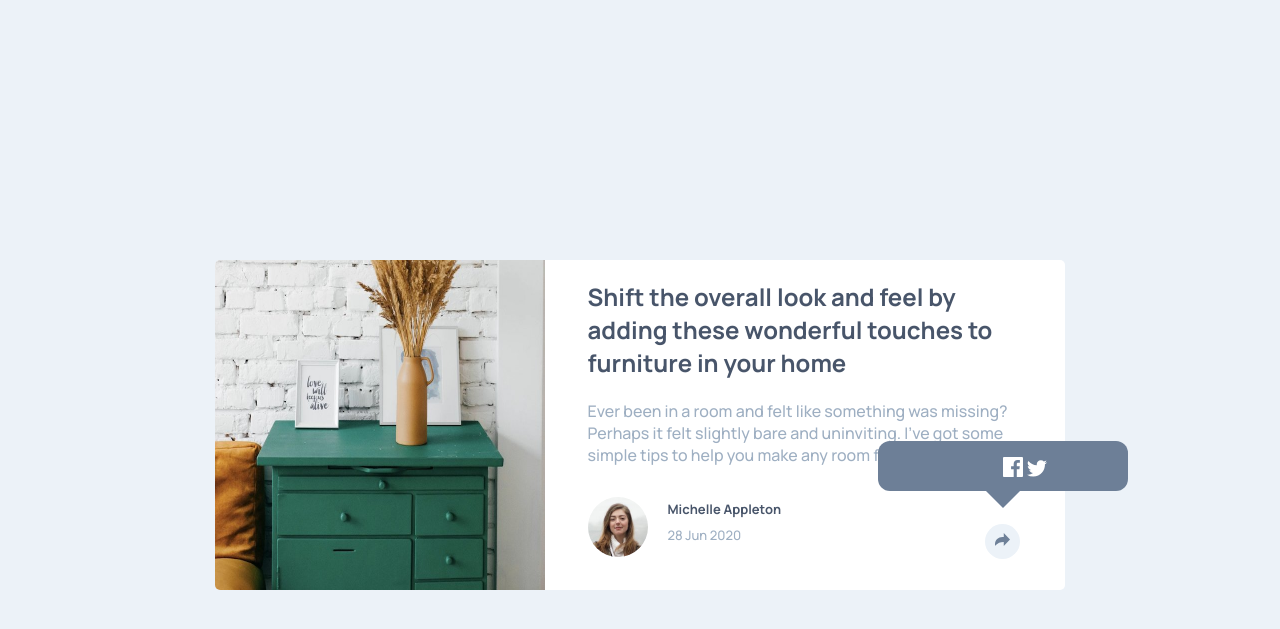
Repository: ricky603/training-css
Page: article-preview-component-master/index.html
The author's editor kept a copy of each file at every save. The page is drawn from the files as they stood at one save, then again after the next save.
The browser window is 1280 px wide. The pictures show the whole page.

Above is the page before, as saved 2020-09-09 10:14:17.

### article-preview-component-master/index.html
<!DOCTYPE html>
<html lang="en">

<head>
    <meta charset="UTF-8">
    <meta name="viewport" content="width=device-width, initial-scale=1.0">
    <!-- displays site properly based on user's device -->

    <link rel="icon" type="image/png" sizes="32x32" href="./images/favicon-32x32.png">
    <link rel="stylesheet" href="./styles.css">
    <link href="https://fonts.googleapis.com/css2?family=Manrope:wght@500;700&display=swap" rel="stylesheet">

    <title>Frontend Mentor | Article preview component</title>

    <!-- Feel free to remove these styles or customise in your own stylesheet 👍 -->
</head>

<body>
    <div class="article">
        <div id="image">
            <img src="./images/drawers.jpg" class="drawer">
        </div>

        <div class="post">
            <div class="head">
                <h2>Shift the overall look and feel by adding these wonderful touches to furniture in your home</h2>
            </div>
            <div class="body">
                <p>Ever been in a room and felt like something was missing? Perhaps it felt slightly bare and uninviting. I’ve got some simple tips to help you make any room feel complete.</p>
            </div>
            <div class="avatar">
                <img src="./images/avatar-michelle.jpg" class="profile">
                <div class="profile-name">
                    <p class="name">Michelle Appleton</p>
                    <p class="date">28 Jun 2020</p>
                </div>
            </div>
            <div class="share">
                <img src="./images/icon-share.svg" class="icon">
            </div>
        </div>
        <div class="speech-bubble">
            <div class="share-point">
                <img src="./images/icon-facebook.svg" alt="">
                <img src="./images/icon-twitter.svg" alt="">
            </div>

        </div>
    </div>


</body>

</html>

<!--

  Ever been in a room and felt like something was missing? Perhaps
  it felt slightly bare and uninviting. I’ve got some simple tips
  to help you make any room feel complete.

  Michelle Appleton
  28 Jun 2020

  Share -->

### article-preview-component-master/styles.css
body {
    background-color: hsl(210, 46%, 95%);
}

h2 {
    font-family: 'Manrope';
    font-weight: 700;
}

#image {
    display: inline-block;
}

.post {
    position: absolute;
    width: 52%;
    display: inline-block;
    margin: 0% 5% 0% 5%;
}

.body {
    position: relative;
    display: inline-block;
    font-family: 'Manrope';
    color: hsl(212, 23%, 69%);
    bottom: 15px;
}

.head {
    display: inline-block;
    color: hsl(217, 19%, 35%);
}

.article {
    position: fixed;
    width: 850px;
    height: 330px;
    background-color: white;
    margin: auto;
    top: 50%;
    left: 50%;
    margin-top: -100px;
    margin-left: -425px;
    border-radius: 5px;
}

.drawer {
    width: 330px;
    height: 330px;
    border-radius: 5px 0 0 5px;
}

.attribution {
    font-size: 11px;
    text-align: center;
}

.attribution a {
    color: hsl(228, 45%, 44%);
}

.avatar {
    display: inline-block;
    margin-bottom: 100%;
}

.profile {
    height: 30%;
    width: 30%;
    border-radius: 100%;
    float: left;
    margin-right: 10%;
}

.profile-name {
    position: relative;
    width: 200px;
    bottom: 10px;
}

.name {
    font-family: 'Manrope';
    font-weight: 700;
    font-size: 13px;
    color: hsl(217, 19%, 35%);
}

.date {
    position: relative;
    bottom: 5px;
    font-family: 'Manrope';
    font-size: 13px;
    color: hsl(212, 23%, 69%);
}

.share {
    display: inline-block;
    position: absolute;
    left: 90%;
    top: 35%;
    background-color: hsl(210, 46%, 95%);
    width: 35px;
    height: 35px;
    border-radius: 100%;
}

.icon {
    position: absolute;
    margin: 27%;
}

.speech-bubble {
    display: inline-block;
    position: absolute;
    background: hsl(214, 17%, 51%);
    width: 250px;
    height: 50px;
    border-radius: 12px;
    left: 78%;
    bottom: 30%;
}

.speech-bubble:after {
    content: '';
    position: absolute;
    bottom: 0;
    left: 50%;
    width: 0;
    height: 0;
    border: 17px solid transparent;
    border-top-color: hsl(214, 17%, 51%);
    border-bottom: 0;
    margin-left: -17px;
    margin-bottom: -17px;
}

.share-point {
    position: absolute;
    display: inline-block;
    left: 50%;
    bottom: 20%;
}

After the next save:
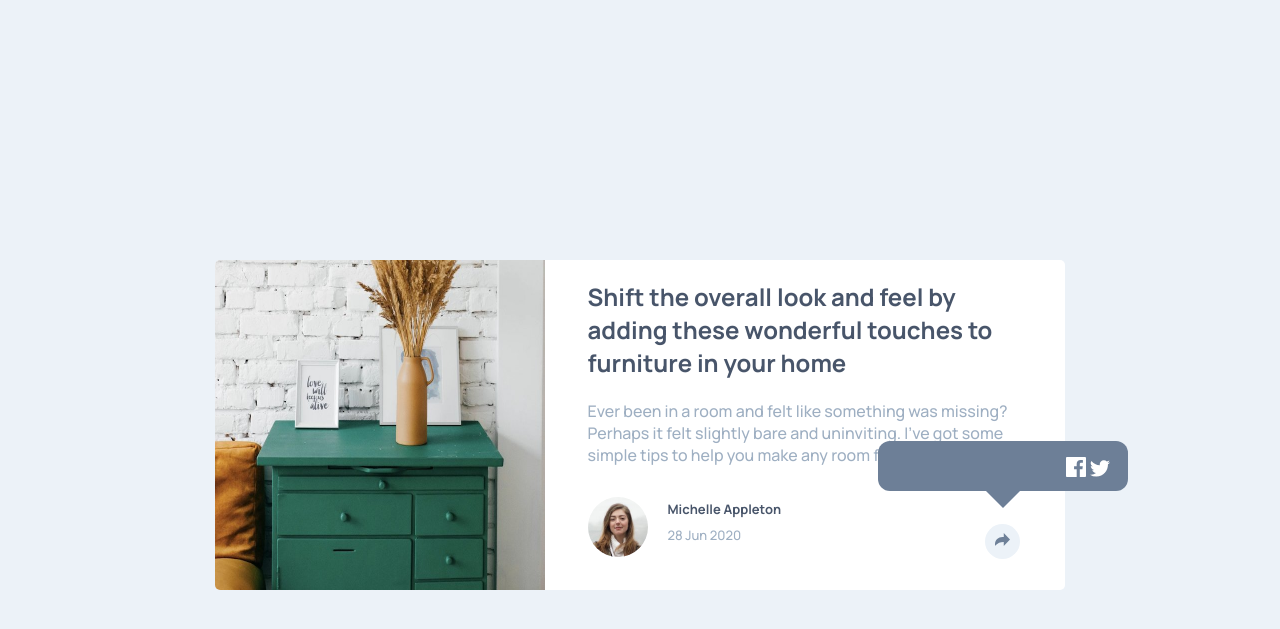
Saved 27 s later.
--- a/article-preview-component-master/styles.css
+++ b/article-preview-component-master/styles.css
@@ -139,4 +139,5 @@
     display: inline-block;
     left: 50%;
     bottom: 20%;
+    margin-left: 25%;
 }

After the save that followed:
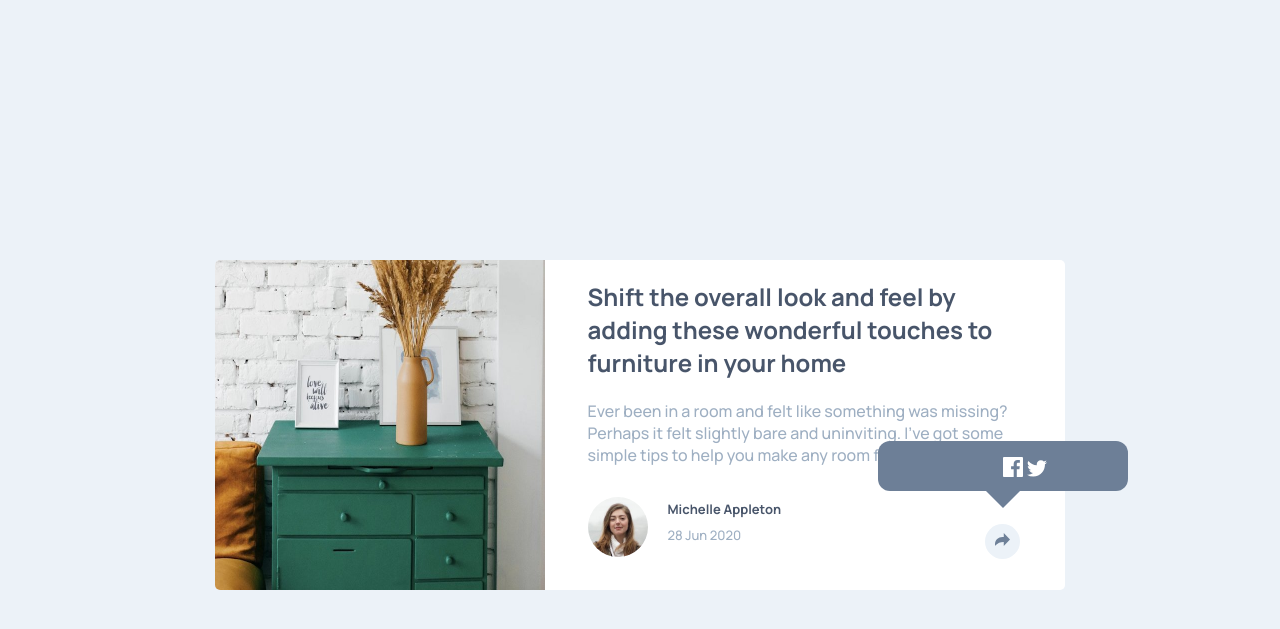
Saved 24 s later.
--- a/article-preview-component-master/styles.css
+++ b/article-preview-component-master/styles.css
@@ -139,5 +139,4 @@
     display: inline-block;
     left: 50%;
     bottom: 20%;
-    margin-left: 25%;
 }
